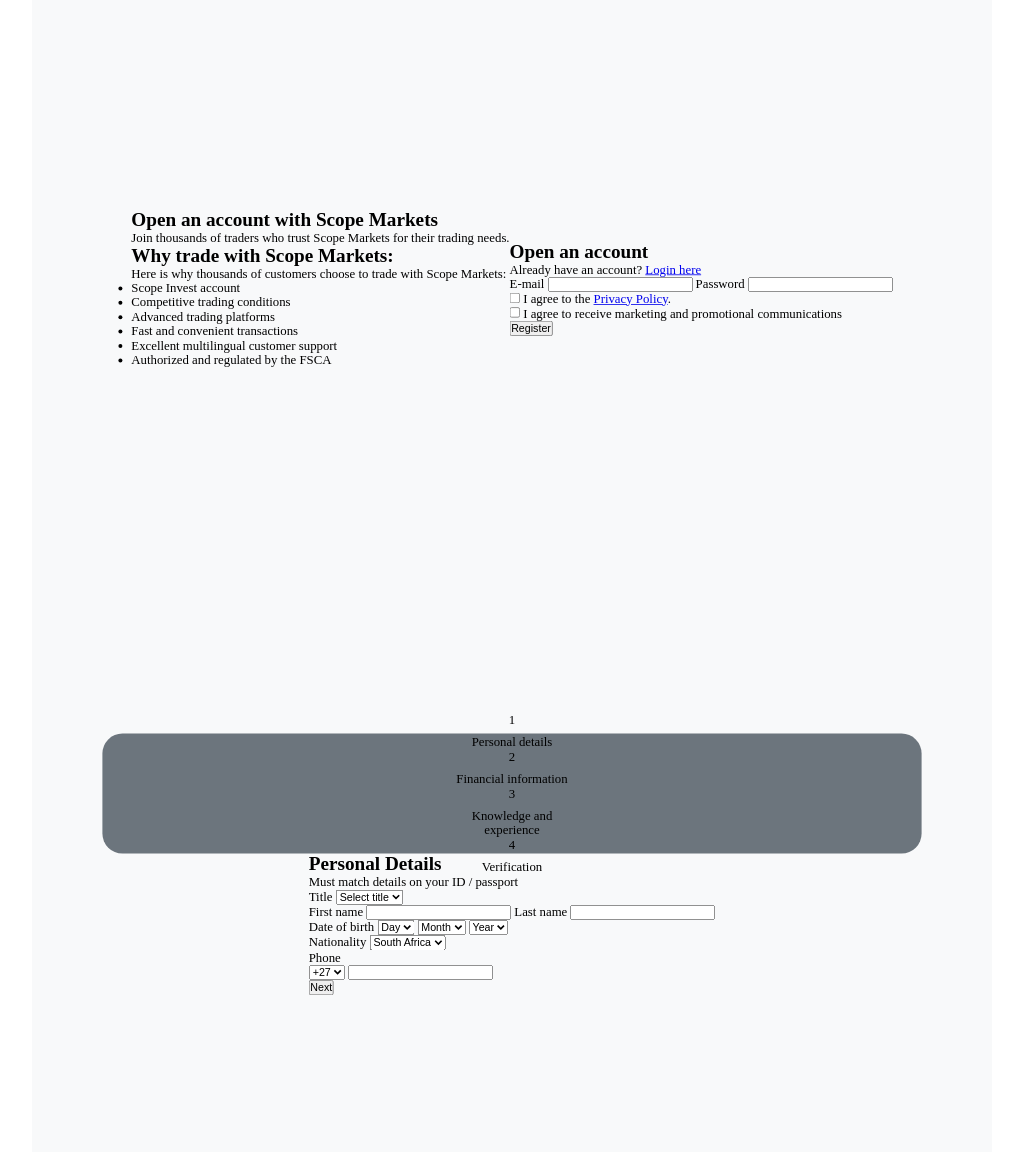
Repository: Jacques-Jaki-Morkel/vaultmarkets_SignupFlow
Page: index.HTML
The author's editor kept a copy of each file at every save. The page is drawn from the files as they stood at one save, then again after the next save.
The browser window is 1280 px wide. The pictures show the whole page, at 80% of full size.

Above is the page before, as saved 2025-07-30 14:19:22.

### index.HTML
<!DOCTYPE html>
<html lang="en">

<head>
    <meta charset="UTF-8">
    <meta name="viewport" content="width=device-width, initial-scale=1.0">
    <title>Vault Markets - SignUP flow
    </title>
    <link rel="stylesheet" href="styles.css">
</head>

<body>
    <!-- Open account Section -->
    <section class="container-size openAccount-1">
        <div class="col-1">
            <h1>Open an account with Scope Markets</h1>
            <p>Join thousands of traders who trust Scope Markets for their trading needs.</p>
            <h2>Why trade with Scope Markets:</h2>
            <p>Here is why thousands of customers choose to trade with Scope Markets:</p>
            <ul>
                <li>Scope Invest account</li>
                <li>Competitive trading conditions</li>
                <li>Advanced trading platforms</li>
                <li>Fast and convenient transactions</li>
                <li>Excellent multilingual customer support</li>
                <li>Authorized and regulated by the FSCA</li>
            </ul>
        </div>

        <div class="col-2">
            <h2>Open an account</h2>
            <p>Already have an account? <a href="#">Login here</a></p>

            <form action="#" method="POST">
                <label for="email">E-mail</label>
                <input type="email" id="email" name="email" required>

                <label for="password">Password</label>
                <input type="password" id="password" name="password" required>

                <div>
                    <input type="checkbox" id="privacy" name="privacy" required>
                    <label for="privacy">I agree to the <a href="#">Privacy Policy</a>.</label>
                </div>

                <div>
                    <input type="checkbox" id="marketing" name="marketing">
                    <label for="marketing">I agree to receive marketing and promotional communications</label>
                </div>

                <button type="submit">Register</button>
            </form>
        </div>
    </section>

    <!-- Personal details Section -->
    <section class="container-size personal-2">
        <!-- Row 1: Progress Bar -->
        <div>
            <div class="progress-bar">
                <ol class="progress-steps">
                    <li>
                        <div>1</div>
                        <p>Personal details</p>
                    </li>
                    <li>
                        <div>2</div>
                        <p>Financial information</p>
                    </li>
                    <li>
                        <div>3</div>
                        <p>Knowledge and experience</p>
                    </li>
                    <li>
                        <div>4</div>
                        <p>Verification</p>
                    </li>
                </ol>
            </div>
        </div>

        <!-- Row 2: Form -->
        <div>
            <h2>Personal Details</h2>
            <p>Must match details on your ID / passport</p>

            <form action="#" method="POST">

                <!-- Title -->
                <div>
                    <label for="title">Title</label>
                    <select id="title" name="title" required>
                        <option value="">Select title</option>
                        <option value="mr">Mr</option>
                        <option value="mrs">Mrs</option>
                        <option value="ms">Ms</option>
                        <option value="dr">Dr</option>
                    </select>
                </div>

                <!-- Name -->
                <div>
                    <label for="first-name">First name</label>
                    <input type="text" id="first-name" name="first-name" required>

                    <label for="last-name">Last name</label>
                    <input type="text" id="last-name" name="last-name" required>
                </div>

                <!-- Date of Birth -->
                <div>
                    <label>Date of birth</label>
                    <select name="dob-day" required>
                        <option value="">Day</option>
                        <!-- Add 1–31 -->
                    </select>
                    <select name="dob-month" required>
                        <option value="">Month</option>
                        <!-- Add Jan–Dec -->
                    </select>
                    <select name="dob-year" required>
                        <option value="">Year</option>
                        <!-- Add dynamic years -->
                    </select>
                </div>

                <!-- Nationality -->
                <div>
                    <label for="nationality">Nationality</label>
                    <select id="nationality" name="nationality" required>
                        <option value="za" selected>South Africa</option>
                        <!-- Add more options -->
                    </select>
                </div>

                <!-- Phone -->
                <div>
                    <label for="phone">Phone</label>
                    <div>
                        <select name="country-code" required>
                            <option value="+27">+27</option>
                            <!-- Add other country codes if needed -->
                        </select>
                        <input type="tel" id="phone" name="phone" required>
                    </div>
                </div>

                <button type="submit">Next</button>
            </form>
    </section>


    <script src="script.js"></script>
</body>

</html>

### styles.css
/* Reset and Base Styles */
* {
    margin: 0;
    padding: 0;
    box-sizing: border-box;
}

:root {
    --primary-color: #c89006;
    --secondary-color: #6c757d;
    --background-color: #f8f9fa;
    --text-color: #292929;
    --link-color: #007bff;
}

.container-size {
    max-width: 1200px;
    margin: 0 auto;
    padding: 0 20px;
}

/* start of sigh up flow styling here */

/* page #1 in sign up flow */
.openAccount-1 /* Signup open account start */{
    display: flex;
    flex-direction: row;
    align-items: center;
    justify-content: center;
    height: 100vh;
    background-color: var(--background-color);
}

/* Signup open account end */

/* Progress bar styling here */
.progress-bar /* progress bar */{
    display: flex;
    flex-direction: row;
    align-items: center;
    justify-content: center;
    width: 80vw;
    height: 150px;
    background-color: var(--secondary-color);
    border-radius: 25px;
}
.progress-steps{
    gap: 50px;
}

.progress-steps li {
    width: 150px;
    gap: 10px;
    display: flex;
    justify-content: flex-start;
    flex-direction: column;
    align-items: center;
}

.progress-steps li p {
    text-align: center;
}

/* page #2 in sign up flow */
.personal-2 /* Signup personal details */{
    display: flex;
    flex-direction: column;
    align-items: center;
    justify-content: center;
    height: 100vh;
    background-color: var(--background-color);
}

Loaded but not shown: script.js (no stored copy; drawn as an empty file)

After the next save:
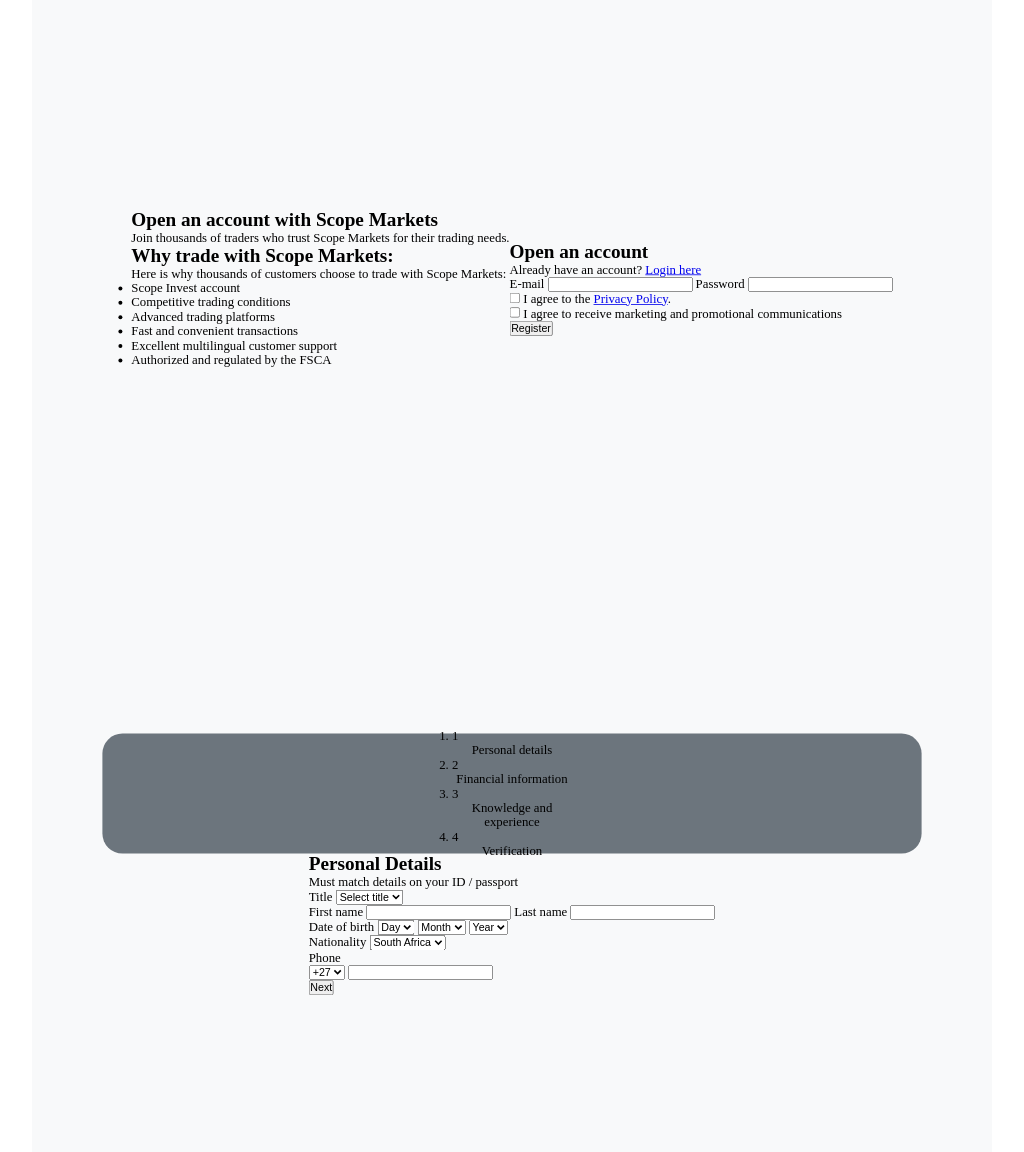
Saved 8 min 52 s later.
--- a/styles.css
+++ b/styles.css
@@ -51,10 +51,7 @@
 .progress-steps li {
     width: 150px;
     gap: 10px;
-    display: flex;
-    justify-content: flex-start;
-    flex-direction: column;
-    align-items: center;
+
 }
 
 .progress-steps li p {

After the 2 saves that followed:
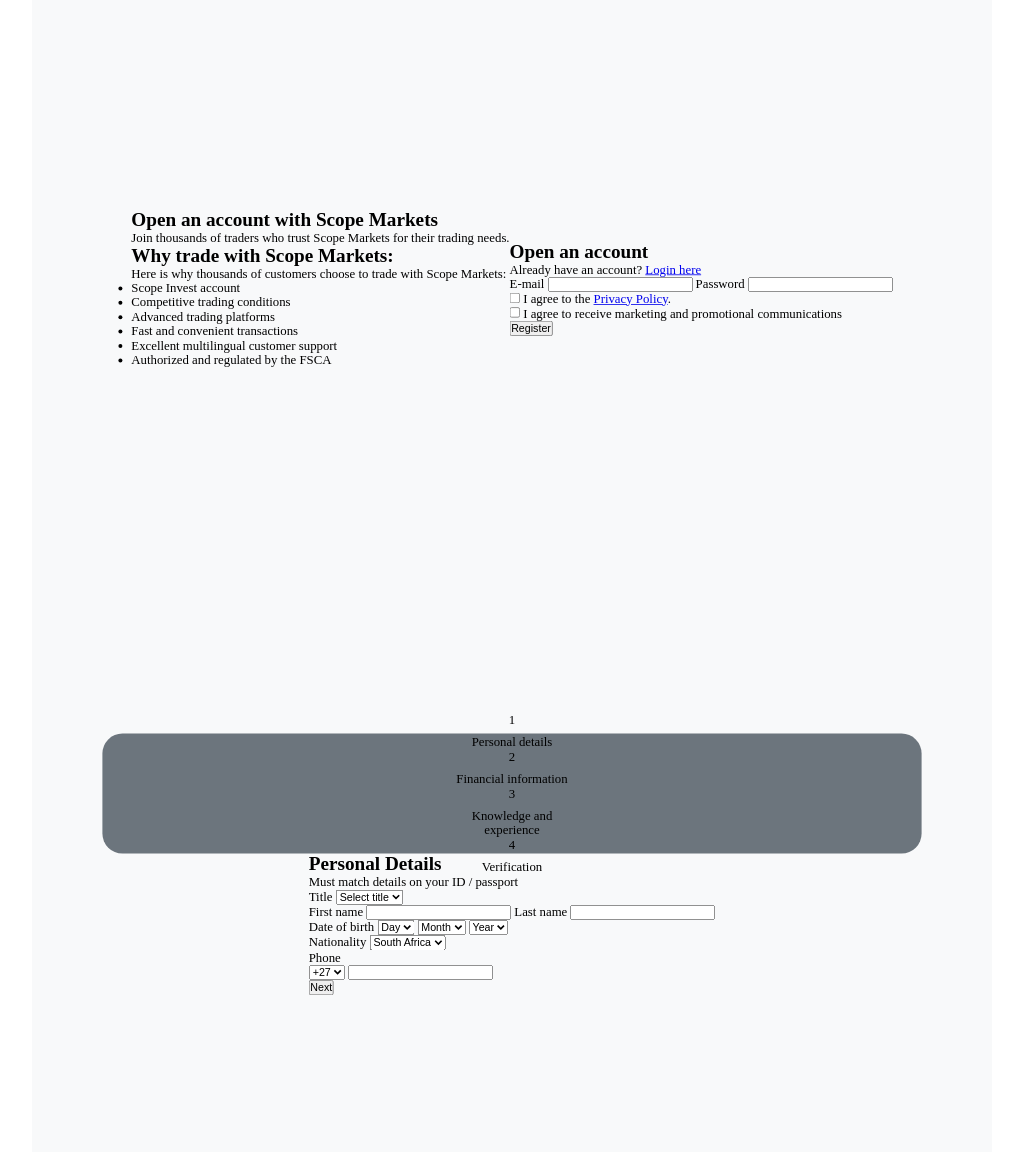
The 2 saves are shown as one change because they came seconds apart.
The last was saved 7 s later.
--- a/styles.css
+++ b/styles.css
@@ -51,7 +51,10 @@
 .progress-steps li {
     width: 150px;
     gap: 10px;
-
+    display: flex;
+    justify-content: flex-start;
+    flex-direction: column;
+    align-items: center;
 }
 
 .progress-steps li p {
